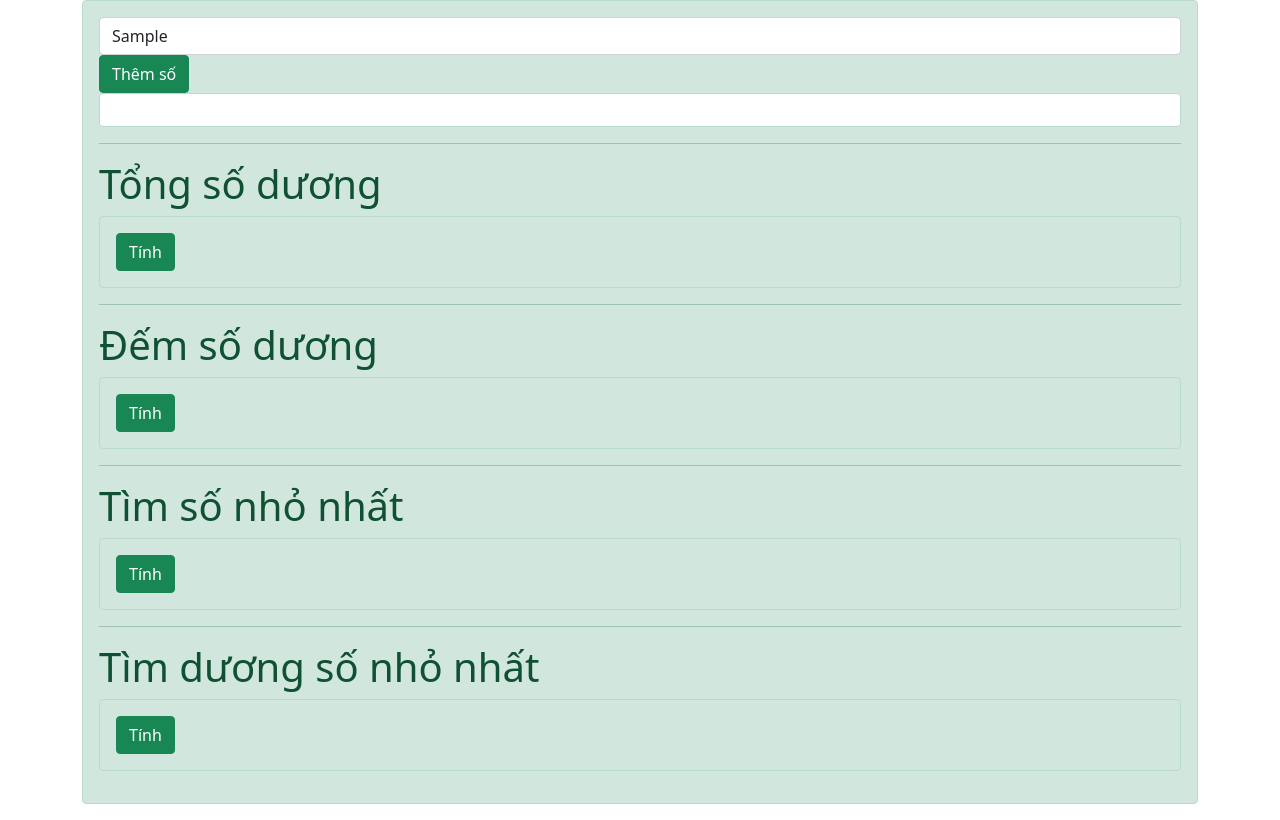
Repository: qkhanh1104k/Js-buoi7-8
Page: index.html
The author's editor kept a copy of each file at every save. The page is drawn from the files as they stood at one save, then again after the next save.
The browser window is 1280 px wide. The pictures show the whole page.
Empty fields were first filled with sample values (such as "Sample", 5 or name@example.com).
After loading, the first visible `#resBt5 > button` was clicked once.

Above is the page before, as saved 2022-07-26 20:32:23.
Console error: ReferenceError: calcTheSmallestNev is not defined

After the next save:
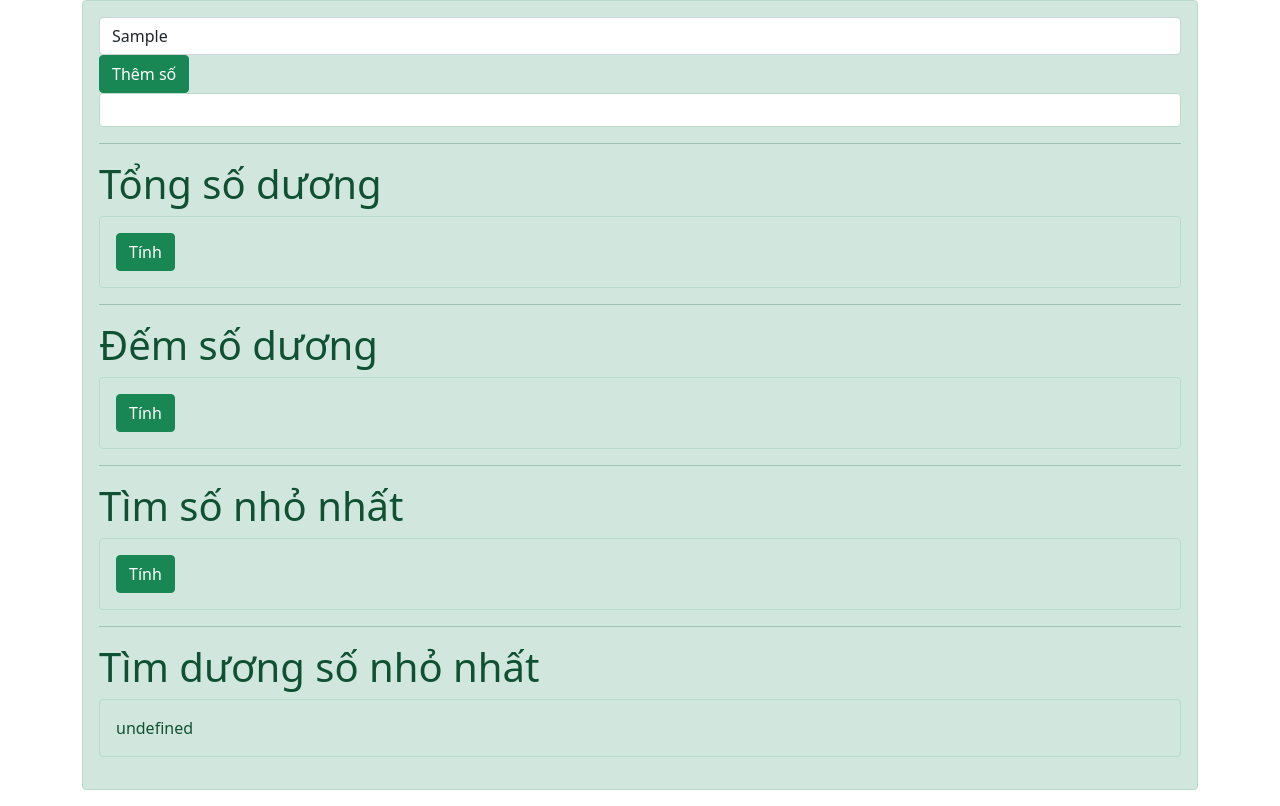
The error is gone.
Saved 55 s later.
--- a/index.js
+++ b/index.js
@@ -34,3 +34,13 @@ function calcTheSmallest(){
       }
       document.getElementById("resBt4").innerHTML = min;
 }
+// ex 4:tìm số dương nhỏ nhất
+function calcTheSmallestNev(){
+    var min = txtNum[0];
+    for (var i = 1; i < txtNum.length; i++) {
+        if (min > txtNum[i] && min >0) {
+          min = txtNum[i];
+        }
+      }
+      document.getElementById("resBt5").innerHTML = min;
+}
